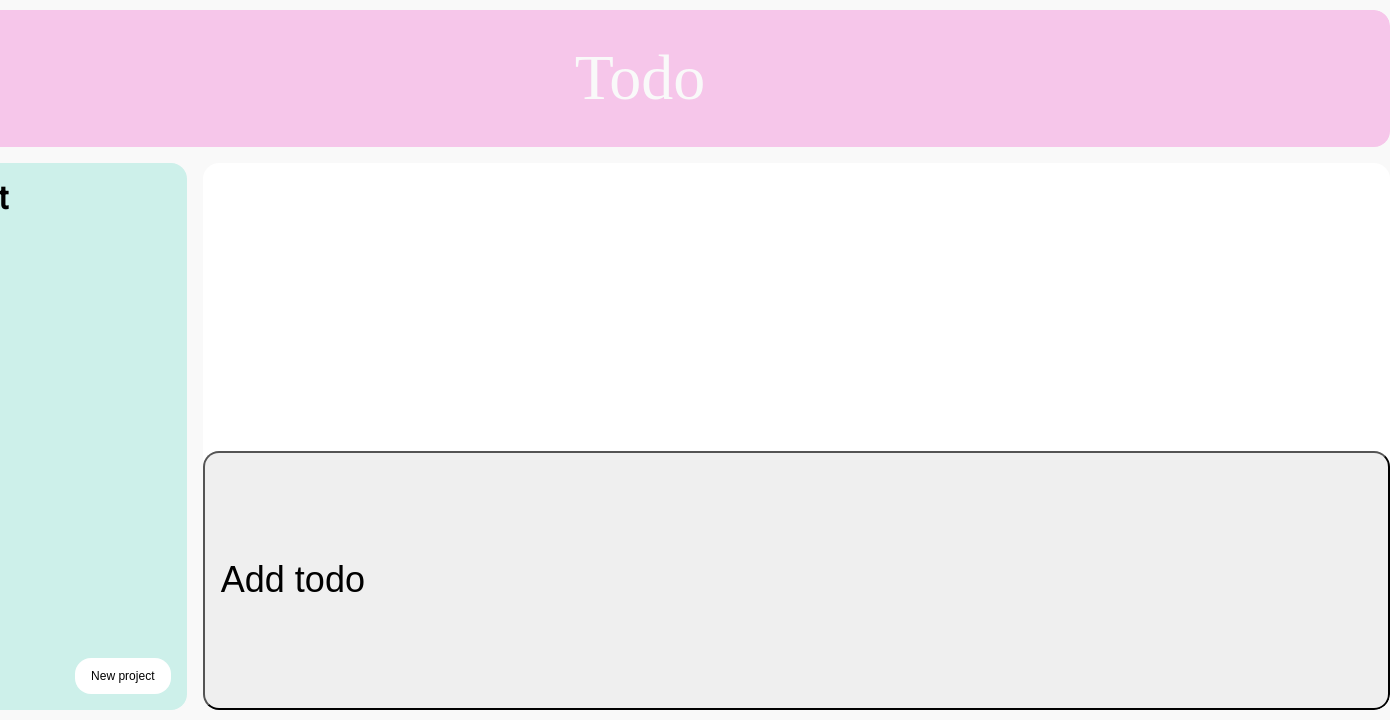
Repository: yeetzpxoci/todo-list
Page: dist/index.html
These files come from the project's save history. The page is drawn as it stood at one moment and after the next save; the edit follows.
The browser window is 1280 px wide. The page is 1390 px wide, so the pictures cover 1390 px, including what lies to the right of the window. The pictures show the whole page.
Some web fonts or font styles are not loaded; a fallback is used.

Above is the page before, as saved 2023-03-08 14:38:22.

After the next save:
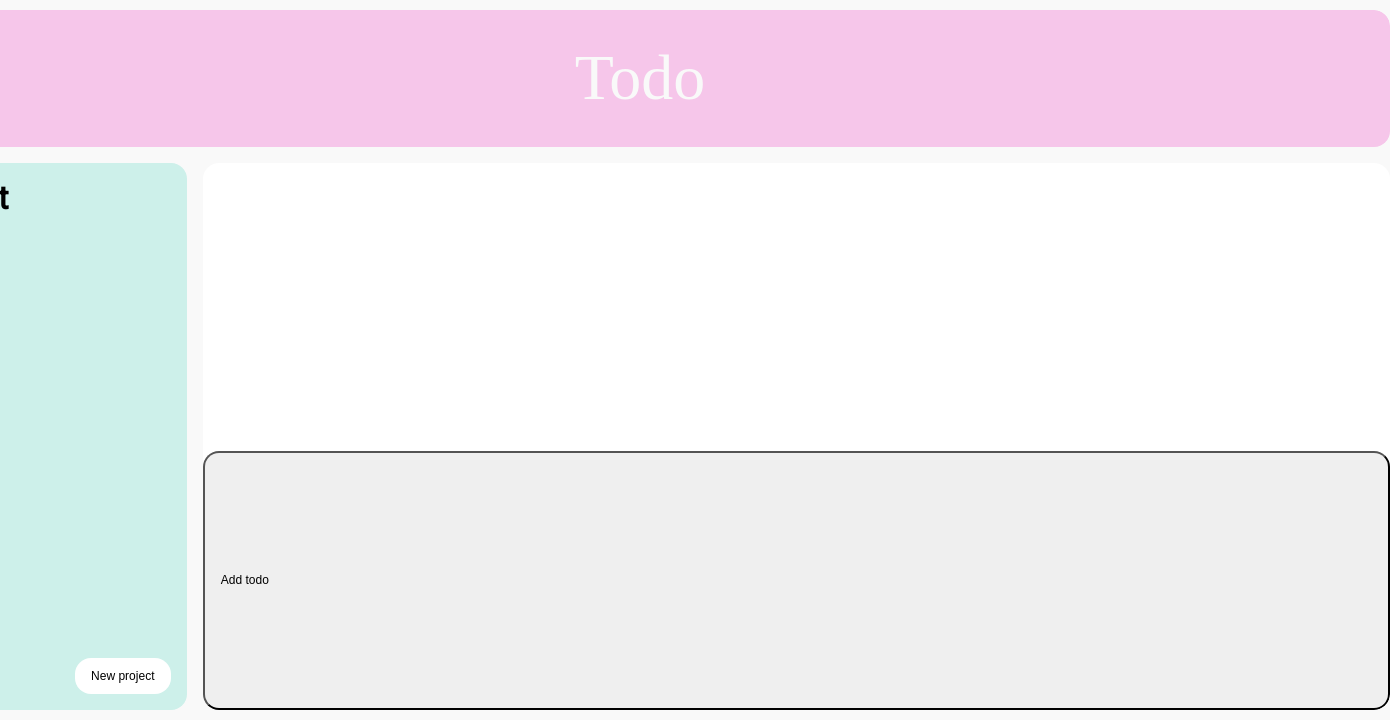
Saved 23 s later.
--- a/dist/styles.css
+++ b/dist/styles.css
@@ -88,7 +88,7 @@
     border-radius: 16px;
     padding-left: 16px;
     padding-right: 16px;
-    font-size: 36px;
+    font-size: 12px;
     cursor: pointer;
 }
 

After the save that followed:
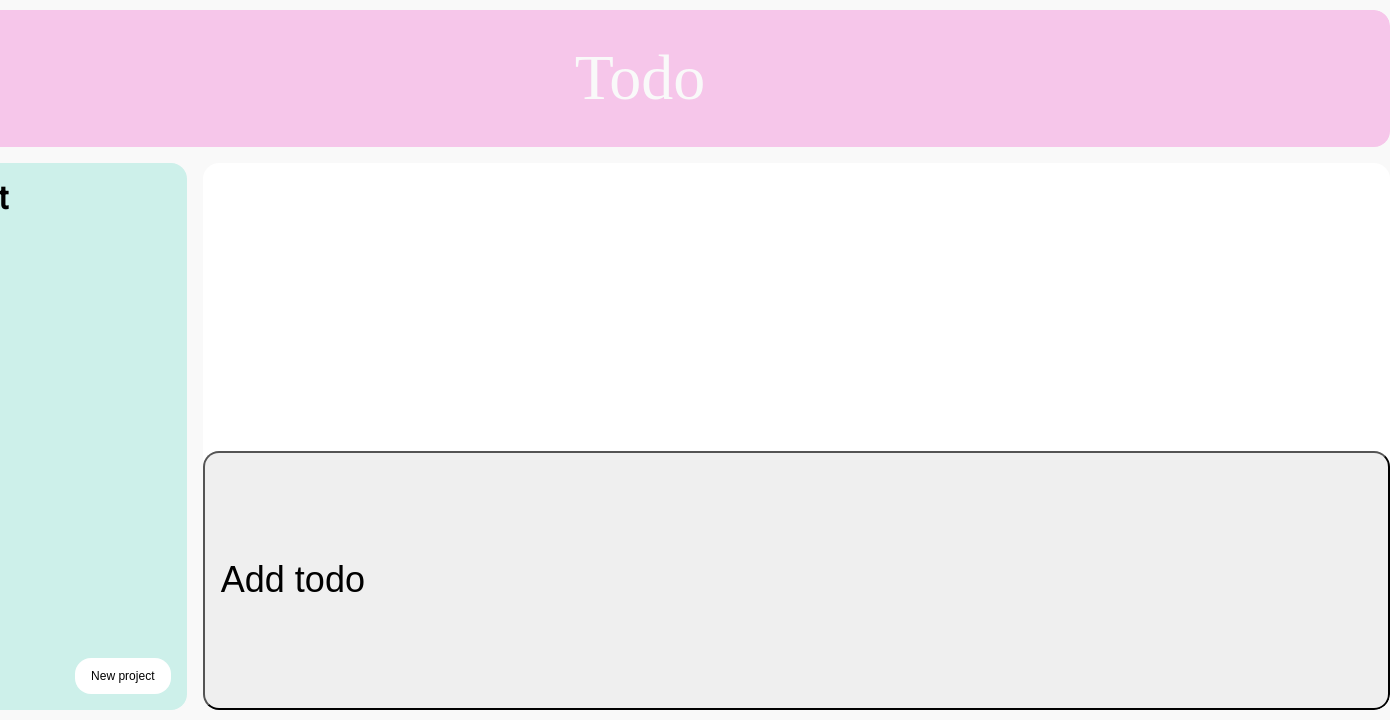
Saved 4 s later.
--- a/dist/styles.css
+++ b/dist/styles.css
@@ -88,7 +88,7 @@
     border-radius: 16px;
     padding-left: 16px;
     padding-right: 16px;
-    font-size: 12px;
+    font-size: 36px;
     cursor: pointer;
 }
 
